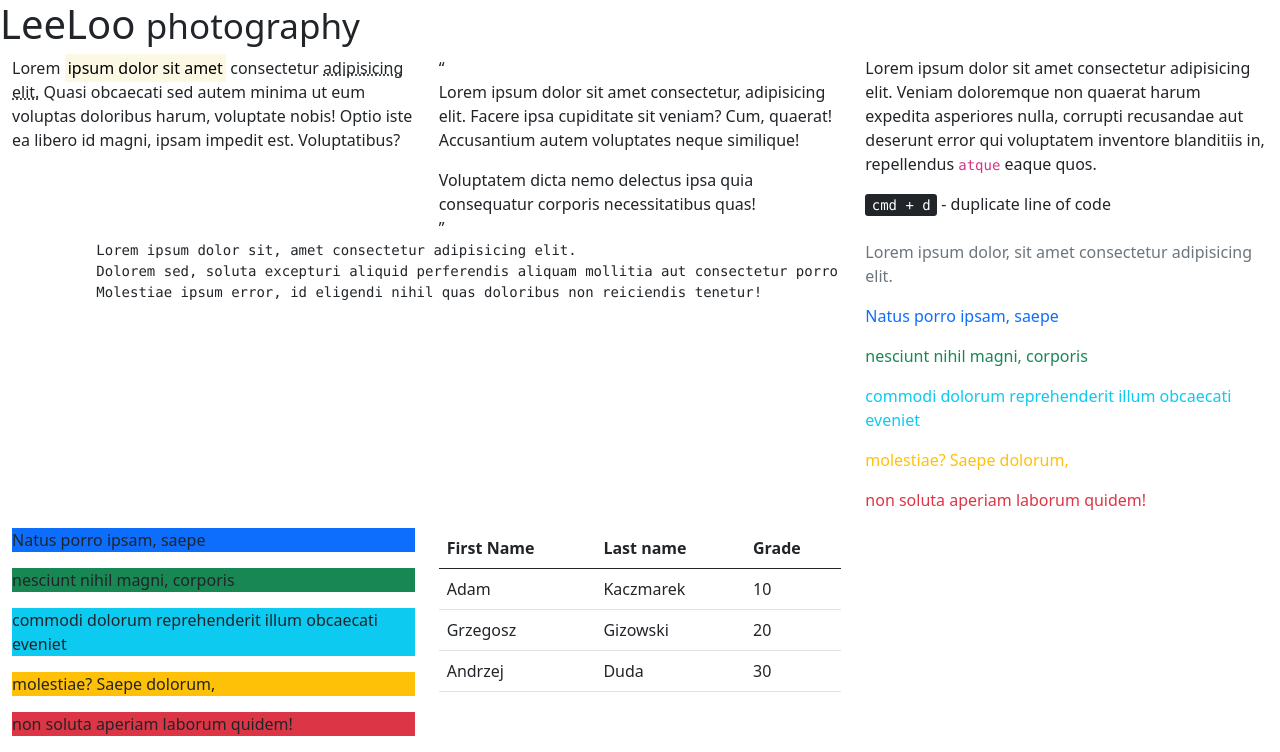
Repository: Zyzik-33/bootstrap-test
Page: index.html
The author's editor kept a copy of each file at every save. The page is drawn from the files as they stood at one save, then again after the next save.
The browser window is 1280 px wide. The pictures show the whole page.

Above is the page before, as saved 2021-01-27 15:44:14.

After the next save:
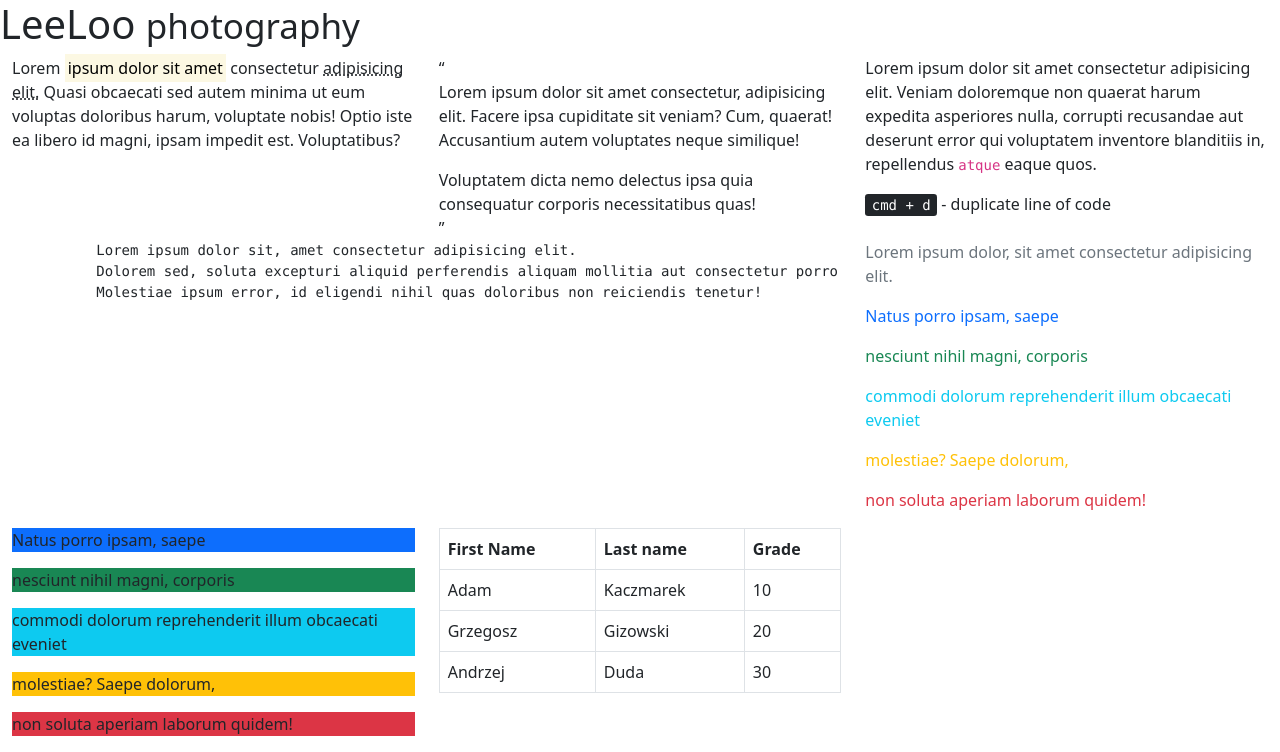
Saved 22 s later.
--- a/index.html
+++ b/index.html
@@ -63,7 +63,7 @@
        <p class="bg-danger">non soluta aperiam laborum quidem!</p>
       </div>
       <div class="col-lg-4">
-        <table class="table table-borded">
+        <table class="table table-bordered">
           <!-- table-striped -->
           <thead>
             <tr>

After the save that followed:
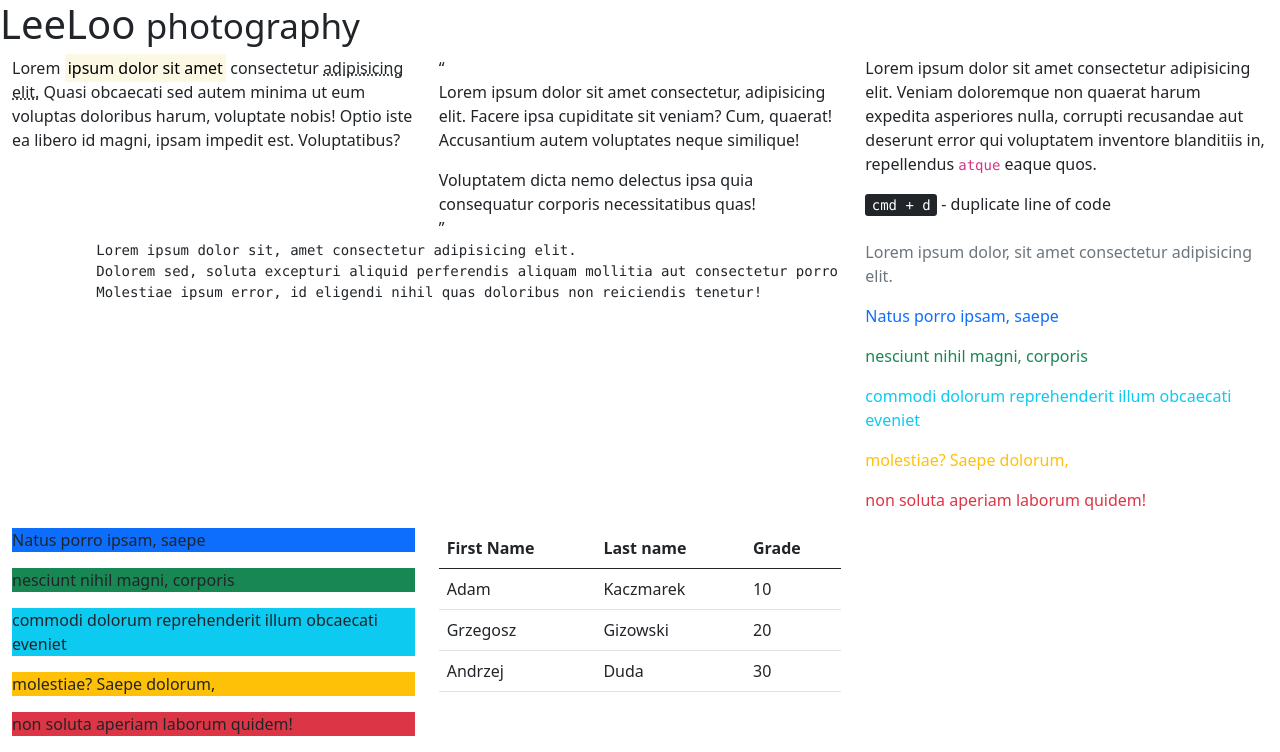
Saved 46 s later.
--- a/index.html
+++ b/index.html
@@ -63,8 +63,8 @@
        <p class="bg-danger">non soluta aperiam laborum quidem!</p>
       </div>
       <div class="col-lg-4">
-        <table class="table table-bordered">
-          <!-- table-striped -->
+        <table class="table table-hover">
+          <!-- table-striped, table-bordered -->
           <thead>
             <tr>
               <th>First Name</th>
